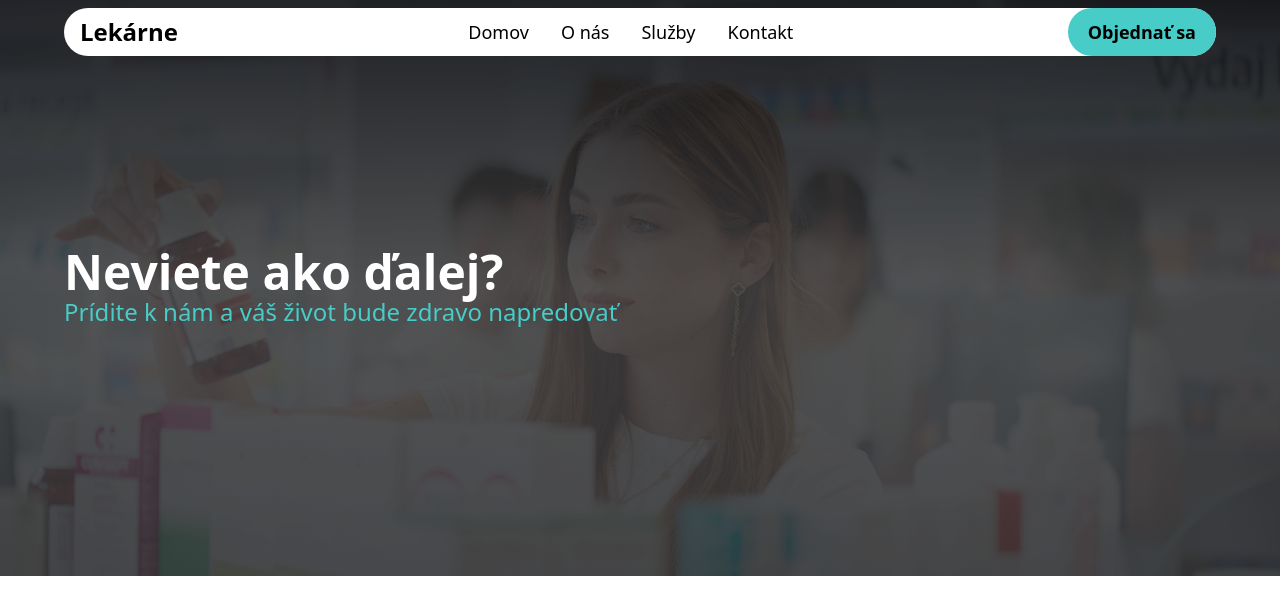
Repository: SimonSkoda13/Lekaren
Page: /
These files come from the project's save history. The page is drawn as it stood at one moment and after the next save; the edit follows.
The browser window is 1280 px wide. The pictures show the whole page.
The project was rebuilt for these pictures with package versions that can differ from the ones it lists, and the page was loaded fresh each time. The framework's server and built-in components were replaced by stand-ins that run in the browser. Also part of the build but not shown: next.config.js.

Above is the page before, as saved 2023-04-22 17:14:38.

### src/app/layout.tsx
import { Header } from "./components/Header/Header";
import "./globals.css";
import { Poppins } from "next/font/google";

export const metadata = {
  title: "Create Next App",
  description: "Generated by create next app",
};

export default function RootLayout({
  children,
}: {
  children: React.ReactNode;
}) {
  return (
    <html lang="en">
      <body className="bg-white min-h-[100vh]">
        <Header />
        <main>{children}</main>
        <footer></footer>
      </body>
    </html>
  );
}

### src/app/page.tsx
import Image from "next/image";
import { Inter } from "next/font/google";
import { HomeHero } from "./components/HomeHero/HomeHero";

const inter = Inter({ subsets: ["latin"] });

// page with

export default function Home() {
  return (
    <>
      <HomeHero
        title={"Neviete ako ďalej?"}
        image={"/homeBanner.jpg"}
        description={"Prídite k nám a váš život bude zdravo napredovať"}
      />
    </>
  );
}

### src/app/components/Header/Header.tsx
import Link from "next/link";
import React from "react";

export interface HeaderProps {}

export const Header = (props: HeaderProps) => {
  const {} = props;
  return (
    <header className="cntn fixed w-full top-2 z-10">
      <div className="flex bg-white rounded-full">
        <h1 className="py-2 px-4 text-2xl font-bold">Lekárne</h1>
        <div className="py-2 px-4 flex gap-8 items-center mx-auto text-lg font-medium">
          <Link href="/">Domov</Link>
          <Link href="/onas">O nás</Link>
          <Link href="/sluzby">Služby</Link>
          <Link href="/kontakt">Kontakt</Link>
        </div>
        {/* button order self */}
        <div className="flex justify-center items-center px-5 p-0 bg-primary rounded-full text-lg font-bold">
          <Link href="/order">Objednať sa</Link>
        </div>
      </div>
    </header>
  );
};

### src/app/globals.css
@tailwind base;
@tailwind components;
@tailwind utilities;

@layer components {
  .cntn {
    @apply mx-auto px-4  max-w-screen-xl md:px-16;
  }
}

### src/app/components/HomeHero/HomeHero.tsx
import Image from "next/image";
import React from "react";
import { ImageGradient } from "./ImageGradient/ImageGradient";

export interface HomeHeroProps {
  title: string;
  image: string;
  description: string;
}

export const HomeHero = (props: HomeHeroProps) => {
  const { title, image, description } = props;
  return (
    <section className="relative h-[80vh] z-0 px-0">
      <div className="w-full h-full absolute left-0 top-0 ">
        {/* make filter for image to odd brightness from top biggest to bottom lowest */}
        <ImageGradient>
          <Image
            src={image}
            alt="Next.js logo"
            fill
            style={{
              objectFit: "cover",
              objectPosition: "center",
            }}
            className="brightness-50"
          />
        </ImageGradient>
      </div>
      <div className="cntn relative  h-full flex justify-center flex-wrap flex-col z-10">
        <h1 className="text-5xl font-bold text-white">{title}</h1>
        <p className="text-2xl text-primary">{description}</p>
      </div>
    </section>
  );
};

### src/app/components/HomeHero/ImageGradient/ImageGradient.tsx
import React from "react";

export interface ImageGradientProps {
  children: React.ReactNode;
}

export const ImageGradient = (props: ImageGradientProps) => {
  const { children } = props;
  return (
    <div className="relative w-full h-full overflow-hidden brightness-50 z-10">
      <div className="absolute inset-0 z-10 bg-gradient-to-b from-gray-900 via-gray-300 to-gray-400 opacity-50"></div>
      {children}
    </div>
  );
};

### tailwind.config.js
/** @type {import('tailwindcss').Config} */
module.exports = {
  content: [
    "./src/pages/**/*.{js,ts,jsx,tsx,mdx}",
    "./src/components/**/*.{js,ts,jsx,tsx,mdx}",
    "./src/app/**/*.{js,ts,jsx,tsx,mdx}",
  ],
  theme: {
    extend: {
      colors: {
        primary: "#47CCC8",
        secondary: "#2D3663",
      },
    },
  },
  plugins: [],
};

After the next save:
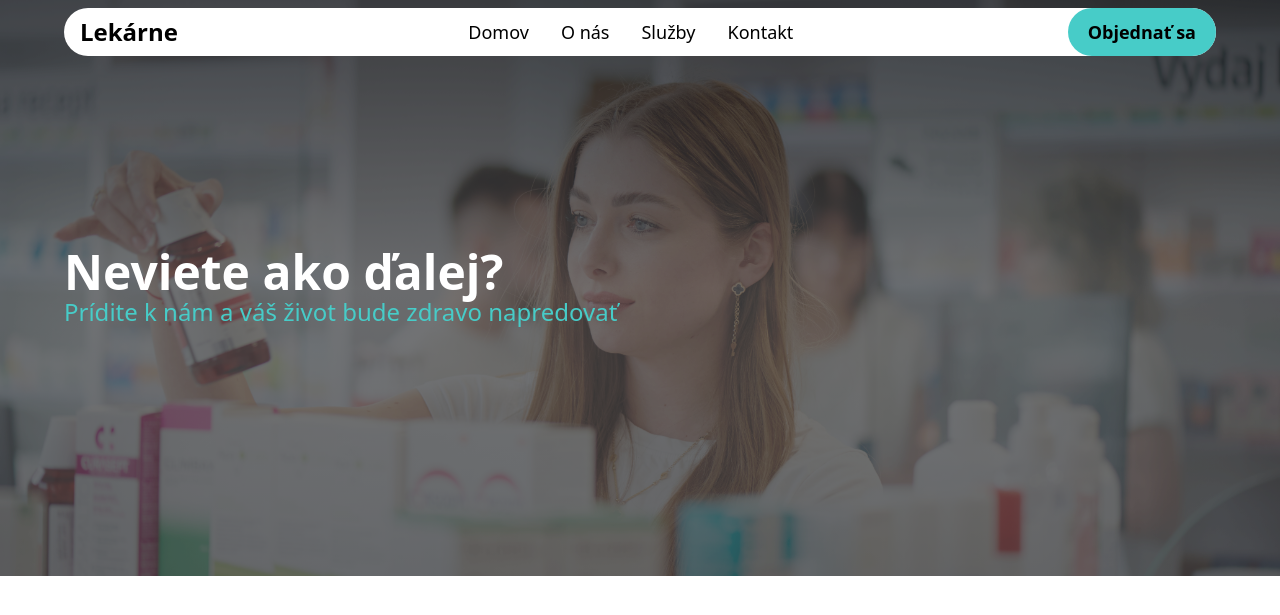
Saved 13 s later.
--- a/src/app/components/HomeHero/HomeHero.tsx
+++ b/src/app/components/HomeHero/HomeHero.tsx
@@ -23,7 +23,6 @@ export const HomeHero = (props: HomeHeroProps) => {
               objectFit: "cover",
               objectPosition: "center",
             }}
-            className="brightness-50"
           />
         </ImageGradient>
       </div>
